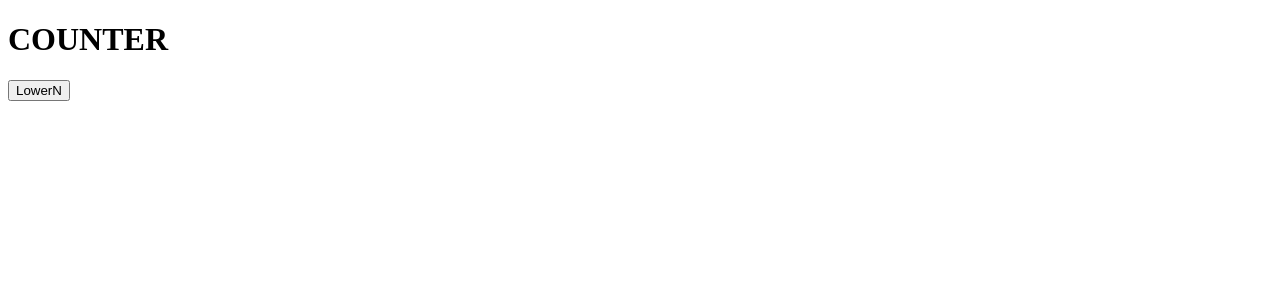
Repository: Sgalstyan06/counterNum
Page: index.html
An editor plug-in stored every save of this project. The page is shown before and after the next save, followed by the edit.
The browser window is 1280 px wide. The pictures show the whole page.

Above is the page before, as saved 2022-02-14 16:32:41.

### index.html
<!DOCTYPE html>
<html lang="en">
<head>
    <meta charset="UTF-8">
    <meta http-equiv="X-UA-Compatible" content="IE=edge">
    <meta name="viewport" content="width=device-width, initial-scale=1.0">
    <title>Document</title>
    <link rel="stylesheet" href="./style.css">
</head>
<body>
    <div class="main">
        <div><h1>COUNTER</h1></div>
        <div></div>
        <div><button>LowerN</button></div>
    </div>
    <script src="./script.js"></script>
</body>
</html>

Loaded but not shown: style.css (no stored copy; drawn as an empty file); script.js (no stored copy; drawn as an empty file)

After the next save:
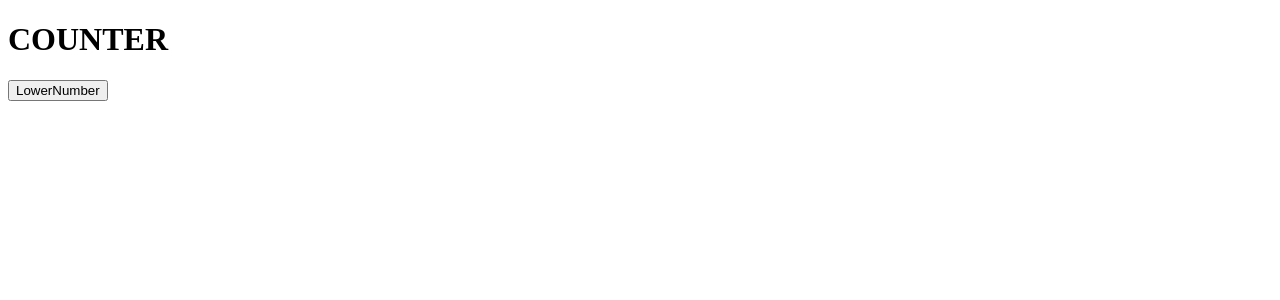
Saved 4 s later.
--- a/index.html
+++ b/index.html
@@ -11,7 +11,7 @@
     <div class="main">
         <div><h1>COUNTER</h1></div>
         <div></div>
-        <div><button>LowerN</button></div>
+        <div><button>LowerNumber</button></div>
     </div>
     <script src="./script.js"></script>
 </body>
